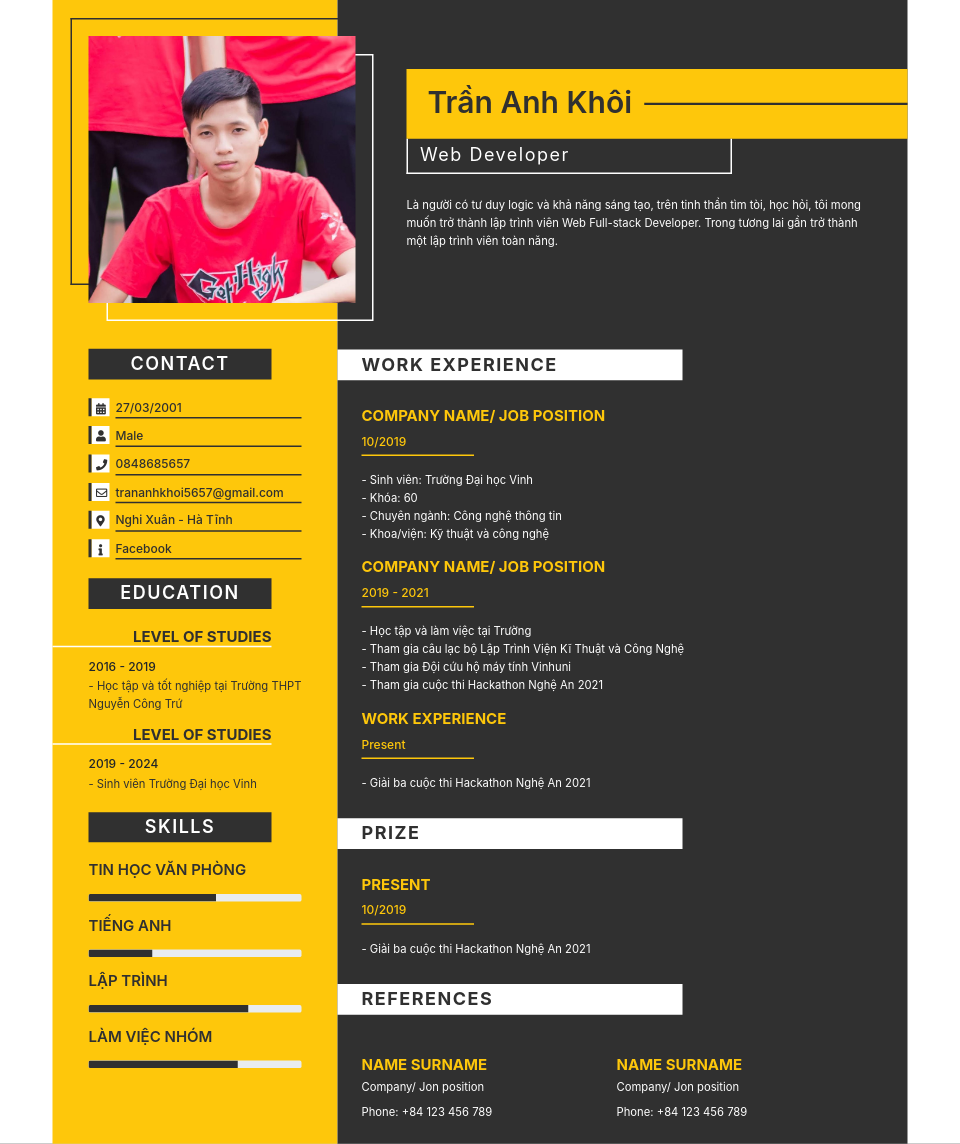
Repository: khoitadev/myCV
Page: index.html
An editor plug-in stored every save of this project. The page is shown before and after the next save, followed by the edit.
The browser window is 1280 px wide. The pictures show the whole page, at 75% of full size.
Some web libraries are served in a nearby version.

Above is the page before, as saved 2022-02-11 23:06:48.

### index.html
<!DOCTYPE html>
<html lang="en">
  <head>
    <meta charset="UTF-8" />
    <meta http-equiv="X-UA-Compatible" content="IE=edge" />
    <meta name="viewport" content="width=device-width, initial-scale=1.0" />
    <title>MY CV</title>
    <link
      rel="stylesheet"
      href="https://cdn.jsdelivr.net/npm/bootstrap@4.6.0/dist/css/bootstrap.min.css"
      integrity="sha384-B0vP5xmATw1+K9KRQjQERJvTumQW0nPEzvF6L/Z6nronJ3oUOFUFpCjEUQouq2+l"
      crossorigin="anonymous"
    />
    <link rel="preconnect" href="https://fonts.googleapis.com" />
    <link rel="preconnect" href="https://fonts.gstatic.com" crossorigin />
    <link
      href="https://fonts.googleapis.com/css2?family=Poppins:wght@400;600;700&display=swap"
      rel="stylesheet"
    />
    <link
      rel="stylesheet"
      href="https://pro.fontawesome.com/releases/v5.10.0/css/all.css"
      integrity="sha384-AYmEC3Yw5cVb3ZcuHtOA93w35dYTsvhLPVnYs9eStHfGJvOvKxVfELGroGkvsg+p"
      crossorigin="anonymous"
    />
    <link
      rel="icon"
      href="./assets/img/cv2.jpg"
      style="border-radius: 50%;"
      type="image/gif"
      sizes="16x16"
    />

    <link rel="stylesheet" href="./assets/css/style.css" />
  </head>
  <body>
    <div class="container">
      <div class="row">
        <div class="col-md-4 cv__left">
          <div class="cv__img">
            <img src="./assets/img/cv2.jpg" />
          </div>
          <div class="cv__body-left">
            <h2 class="heading__left">CONTACT</h2>
            <p class="text contact__text"><i class="fas fa-calendar-alt"></i> <span class="contact__line" >27/03/2001</span></p>
            <p class="text contact__text"><i class="fas fa-user"></i> <span class="contact__line" >Male</span></p>
            <p class="text contact__text">
              <i class="fas fa-phone"></i> <a class="contact__line" href="tel:0848685657">0848685657</a>
            </p>
            <p class="text contact__text">
              <i class="far fa-envelope"></i>
              <a class="contact__line" href="mailto:trananhkhoi5657@gmail.com"
                >trananhkhoi5657@gmail.com</a
              >
            </p>
            <p class="text contact__text">
              <i class="fas fa-map-marker-alt"></i> <span class="contact__line" >Nghi Xuân - Hà Tĩnh</span>
            </p>
            <p class="text contact__text">
              <i class="fas fa-info"></i>
              <a class="contact__line" href="https://www.facebook.com/khoiaiti"
                >Facebook</a
              >
            </p>
            <p class="text description">

            </p>
            <h2 class="heading__left">EDUCATION</h2>
            <h3 class="edu__heading">LEVEL OF STUDIES</h3>
            <h4 class="edu__title">2016 - 2019</h4>
            <p class="text">- Học tập và tốt nghiệp tại Trường THPT Nguyễn Công Trứ</p>
            <h3 class="edu__heading">LEVEL OF STUDIES</h3>
            <h4 class="edu__title">2019 - 2024</h4>
            <p class="text">- Sinh viên Trường Đại học Vinh</p>

            <h2 class="heading__left">SKILLS</h2>
            <h3 class="heading__title">TIN HỌC VĂN PHÒNG</h3>

            <div class="progress progress__line" style="height: 10px">
              <div class="progress-bar" style="width: 60%; height: 10px; background-color: #303030;"></div>
            </div>

            <h3 class="heading__title">TIẾNG ANH</h3>

            <div class="progress progress__line" style="height: 10px">
              <div class="progress-bar" style="width: 30%; height: 10px; background-color: #303030;"></div>
            </div>

            <h3 class="heading__title">LẬP TRÌNH</h3>
            <div class="progress progress__line" style="height: 10px">
              <div class="progress-bar" style="width: 75%; height: 10px; background-color: #303030;"></div>
            </div>
            <h3 class="heading__title">LÀM VIỆC NHÓM</h3>
            <div class="progress progress__line" style="height: 10px">
              <div class="progress-bar" style="width: 70%; height: 10px; background-color: #303030;"></div>
            </div>
            <!-- <h3 class="heading__title">SKILL #5</h3>
            <div class="progress progress__line" style="height: 10px">
              <div class="progress-bar" style="width: 60%; height: 10px; background-color: #303030;"></div>
            </div> -->
          </div>
        </div>
        <div class="col-md-8 cv__right">
          <div class="cv__intro">
            <div class="name"><h2>Trần Anh Khôi</h2> <span></span></div>
            <h2 class="name__des">Web Developer</h2>
            <p class="text-toright">Là người có tư duy logic và khả năng sáng tạo, trên tinh thần tìm tòi, học hỏi, tôi mong muốn trở
              thành lập trình viên Web Full-stack Developer. Trong tương lai gần trở thành một lập trình viên toàn năng.
              <br>
              <br>
              <br>
              <br>

            </p>
            <br>
          </div>
          <h2 class="heading__right">WORK EXPERIENCE</h2>
          <h3 class="work__heading">COMPANY NAME/ JOB POSITION</h3>
          <h4 class="work__title">10/2019</h4>
          <p class="text-toright">
          - Sinh viên: Trường Đại học Vinh <br>
          - Khóa: 60 <br>
          - Chuyên ngành: Công nghệ thông tin <br>
          - Khoa/viện: Kỹ thuật và công nghệ
          </p>
          <h3 class="work__heading">COMPANY NAME/ JOB POSITION</h3>
          <h4 class="work__title">2019 - 2021</h4>
          <p class="text-toright">
            - Học tập và làm việc tại Trường <br>
            - Tham gia câu lạc bộ Lập Trình Viện Kĩ Thuật và Công Nghệ <br>
            - Tham gia Đội cứu hộ máy tính Vinhuni <br>
            - Tham gia cuộc thi Hackathon Nghệ An 2021 <br>
          </p>
          <h3 class="work__heading">WORK EXPERIENCE</h3>
          <h4 class="work__title">Present</h4>
          <p class="text-toright">
            - Giải ba cuộc thi Hackathon Nghệ An 2021
          </p>
          <!-- <h3 class="work__heading">COMPANY NAME/ JOB POSITION</h3>
          <h4 class="work__title">2020 - 2021</h4>
          <p class="text-toright">Lorem ipsum dolor sit amet consectetur, adipisicing elit. Placeat doloremque ipsa odit deleniti ratione inventore provident, voluptatem, recusandae laborum soluta eligendi laudantium officia quisquam modi, alias laboriosam expedita quae porro!
            Lorem, ipsum dolor sit amet consectetur adipisicing elit. Accusamus at optio culpa earum, recusandae ut, distinctio vel, voluptatem consequatur rerum quas odit facilis inventore magnam natus provident quibusdam esse reprehenderit. ratione inventore provident, voluptatem, recusandae laborum soluta eligendi laudantium officia quisquam modi, alias laboriosam expedita quaeratione inventore provident, voluptatem, recusandae laborum soluta eligendi laudantium officia quisquam modi, alias laboriosam expedita quae
          </p> -->
          <h2 class="heading__right">PRIZE</h2>
          <h3 class="work__heading">PRESENT</h3>
          <h4 class="work__title">10/2019</h4>
          <p class="text-toright">
          - Giải ba cuộc thi Hackathon Nghệ An 2021
          </p>
          <h2 class="heading__right">REFERENCES</h2>
          <div class="ref">
            <div class="ref-left">
              <h3 class="work__heading">NAME SURNAME</h3>
              <p class="text-toright">Company/ Jon position
              </p>
              <p class="text-toright">Phone: +84 123 456 789
              </p>
            </div>
            <div class="ref-right">
              <h3 class="work__heading">NAME SURNAME</h3>
              <p class="text-toright">Company/ Jon position
              </p>
              <p class="text-toright">Phone: +84 123 456 789
              </p>
            </div>
          </div>
        </div>
      </div>
    </div>
  </body>
</html>

### assets/css/style.css
:root {
  --primary-color: #fec70b;
  --second-color: #303030;
  --white-color: #fff;
}
* {
  margin: 0;
  padding: 0;
  box-sizing: border-box;
}
html {
  font-family: "Poppins", sans-serif;
  font-size: 62.5%;
  color: var(--white-color);
}

img {
  width: 100%;
  object-fit: cover;
}
a {
  text-decoration: none;
  display: inline-block;
  color: var(--second-color);
}
a:hover {
  color: var(--white-color);
}
p {
  font-size: 1.5rem;
  line-height: 1.6;
  color: var(--white-color);
}
i {
  position: relative;
  margin: 0 8px 0 4px;
  padding: 6px;
  background-color: var(--white-color);
  font-size: 1.5rem;
  color: var(--second-color);
  width: 2.4rem;
  height: 2.4rem;
  text-align: center;
}
i::after {
  content: "";
  display: block;
  position: absolute;
  background-color: var(--second-color);
  top: 0;
  left: -4px;
  bottom: 0;
  width: 4px;
  z-index: 1;
}
.cv__left {
  padding: 2.4rem;
  background-color: var(--primary-color);
}

.cv__img {
  position: relative;
  right: -2.4rem;
  bottom: -2.4rem;
  z-index: 1;
  text-align: right;
  margin-right: -2.4rem;
}
.cv__img::before {
  content: "";
  display: block;
  position: absolute;
  border-top: 2px solid var(--second-color);
  border-bottom: 2px solid var(--second-color);
  border-left: 2px solid var(--second-color);
  top: -2.4rem;
  left: -2.4rem;
  right: 0rem;
  bottom: 2.4rem;
  z-index: -1;
}
.cv__img::after {
  content: "";
  display: block;
  position: absolute;
  border: 2px solid var(--white-color);
  top: 2.4rem;
  left: 2.4rem;
  right: -2.4rem;
  bottom: -2.4rem;
  z-index: -1;
}
.cv__img img {
  min-width: 90%;
  height: auto;
}

.cv__body-left {
  padding: 6rem 2.4rem 0 2.4rem;
}

.cv__contact {
  border-bottom: 2px solid var(--second-color);
}

.heading__left {
  margin: 2.5rem 4rem 2.5rem 0;
  padding: 0.6rem;
  color: #fff;
  background-color: var(--second-color);
  max-width: 42rem;
  font-size: 2.4rem;
  font-weight: 600;
  text-align: center;
  letter-spacing: 2px;
}
.edu__heading{
  font-size: 2rem;
  text-align: end;
  border-bottom: 2px solid var(--white-color);
  margin: 1.6rem 4rem 1.6rem -4.8rem;
  color: var(--second-color);
  font-weight: 700;
}
.edu__title{
  font-size: 1.6rem;
  font-weight: 500;
}
.edu__title + .text {
  text-align: justify;
}

.cv__right {
  padding: 3.2rem 4.8rem 2rem 3.2rem;
  background-color: var(--second-color);
}
.cv__intro {
  margin-left: 6rem;
}
.name {
  display: flex;
  align-items: center;
  padding: 2rem 0 2rem 2.8rem;
  margin: 6rem -4.8rem 0 0;
  background-color: var(--primary-color);
}
.name h2 {
  color: var(--second-color);
  font-size: 4rem;
  font-weight: 600;
}
.name span {
  margin-left: 1.6rem;
  background-color: var(--second-color);
  height: 3px;
  flex: 1;
}

.name__des {
  display: inline-block;
  margin-bottom: 3rem;
  color: var(--white-color);
  font-size: 2.4rem;
  font-weight: 400;
  width: 70%;
  letter-spacing: 2px;
  padding: 0.8rem 1.6rem;
  border-right: 2px solid var(--white-color);
  border-bottom: 2px solid var(--white-color);
  border-left: 2px solid var(--white-color);
}
.heading__right {
  margin: 3.5rem 0 3.5rem -3.2rem;
  padding: 0.6rem 3.2rem;
  background-color: var(--white-color);
  color:var(--second-color);
  max-width: 46rem;
  font-size: 2.4rem;
  font-weight: 700;
  letter-spacing: 2px;
}

.heading__title {
  margin: 8px 0;
  color: var(--second-color);
  font-size: 2rem;
  font-weight: 600;
}
.work__heading{
  margin-top: 2rem;
  font-size: 2rem;
  color: var(--primary-color);
  font-weight: 700;
}
.work__title{
  margin-bottom: 2rem;
  padding: 8px 0;
  max-width: 15rem;
  font-size: 1.6rem;
  color: var(--primary-color);
  font-weight: 500;
  border-bottom: 2px solid var(--primary-color);
}
.time {
  font-size: 1.4rem;
  font-weight: 300;
}
.progress__line {
  margin: 2rem 0;
}
.interests {
  list-style: circle;
  padding-left: 2rem;
}
.text {
  font-size: 1.5rem;
  line-height: 1.6;
  color: var(--second-color);
}
.text-toright {
  color: var(--white-color);
}
.description {
  margin-top: 1.6rem;
  text-align: justify;
}
.contact__text {
  display: flex;
}
.contact__line {
  flex: 1;
  font-size: 1.6rem;
  font-weight: 500;
  border-bottom: 2px solid var(--second-color);
}
.ref {
  display: flex;
}
.ref-left, .ref-right {
  flex: 1;
}

After the next save:
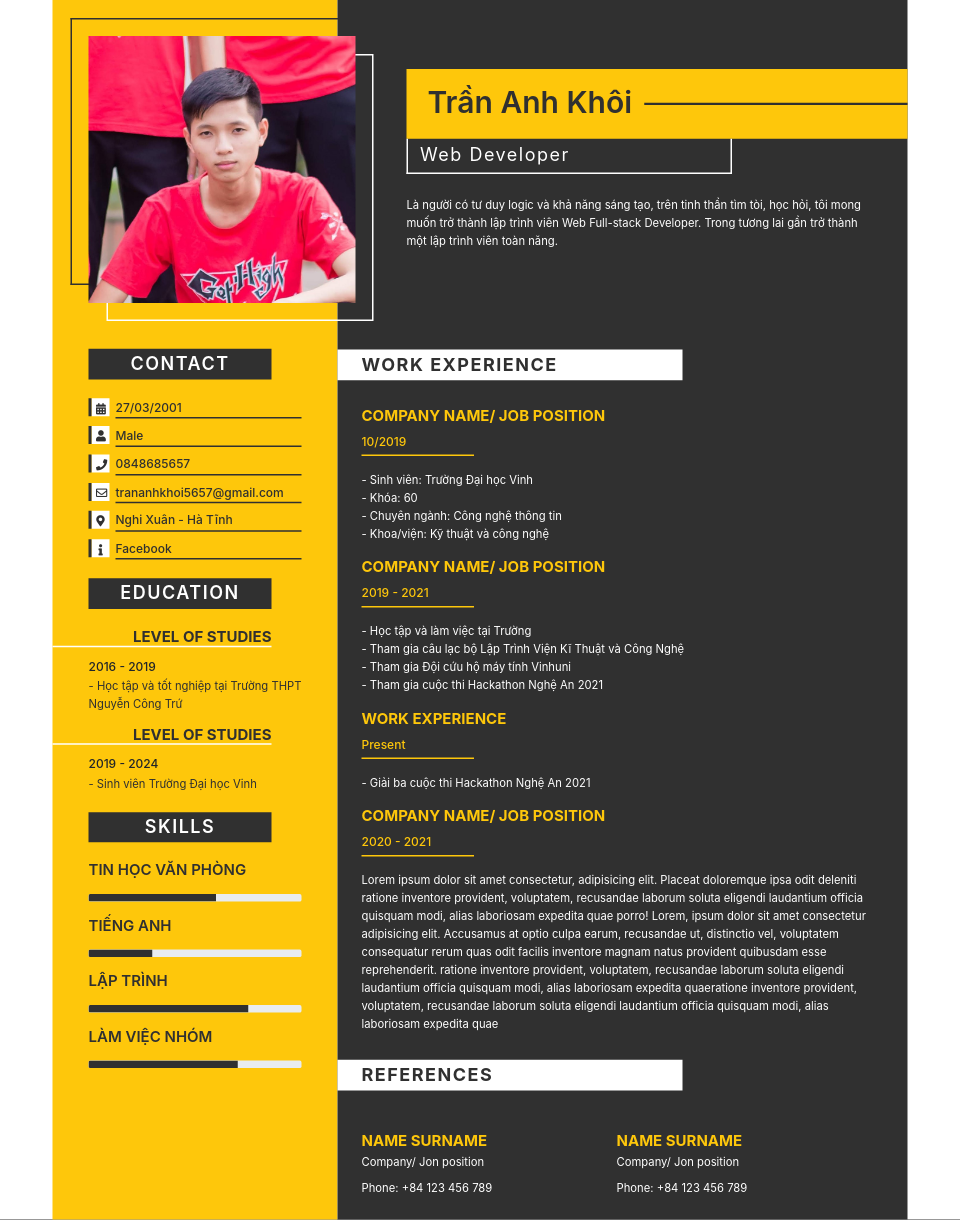
Saved 3 min 39 s later.
--- a/index.html
+++ b/index.html
@@ -136,16 +136,10 @@
           <p class="text-toright">
             - Giải ba cuộc thi Hackathon Nghệ An 2021
           </p>
-          <!-- <h3 class="work__heading">COMPANY NAME/ JOB POSITION</h3>
+          <h3 class="work__heading">COMPANY NAME/ JOB POSITION</h3>
           <h4 class="work__title">2020 - 2021</h4>
           <p class="text-toright">Lorem ipsum dolor sit amet consectetur, adipisicing elit. Placeat doloremque ipsa odit deleniti ratione inventore provident, voluptatem, recusandae laborum soluta eligendi laudantium officia quisquam modi, alias laboriosam expedita quae porro!
             Lorem, ipsum dolor sit amet consectetur adipisicing elit. Accusamus at optio culpa earum, recusandae ut, distinctio vel, voluptatem consequatur rerum quas odit facilis inventore magnam natus provident quibusdam esse reprehenderit. ratione inventore provident, voluptatem, recusandae laborum soluta eligendi laudantium officia quisquam modi, alias laboriosam expedita quaeratione inventore provident, voluptatem, recusandae laborum soluta eligendi laudantium officia quisquam modi, alias laboriosam expedita quae
-          </p> -->
-          <h2 class="heading__right">PRIZE</h2>
-          <h3 class="work__heading">PRESENT</h3>
-          <h4 class="work__title">10/2019</h4>
-          <p class="text-toright">
-          - Giải ba cuộc thi Hackathon Nghệ An 2021
           </p>
           <h2 class="heading__right">REFERENCES</h2>
           <div class="ref">
